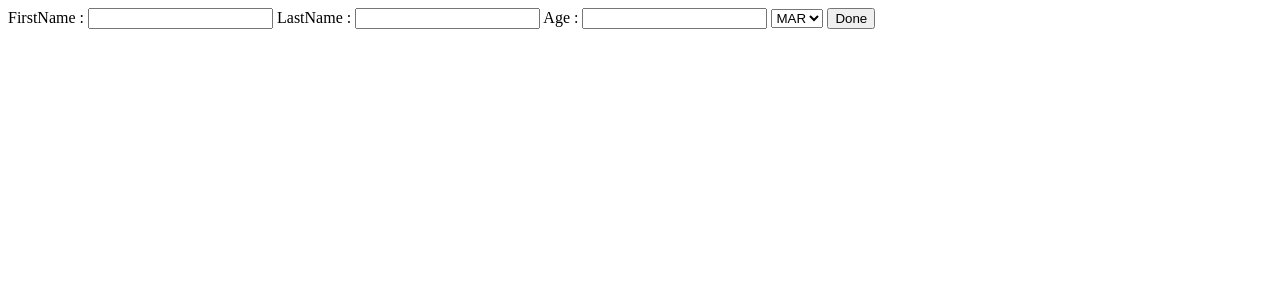
Repository: rahmi45/Spring-MVC
Page: http://localhost/Spring-MVC/studentMvcTags/accountMvcTags
An editor plug-in stored every save of this project. The page is shown before and after the next save, followed by the edit.
The browser window is 1280 px wide. The pictures show the whole page.
The page is served by Tomcat 9.

Above is the page before, as saved 2022-01-14 18:52:23.

After the next save:
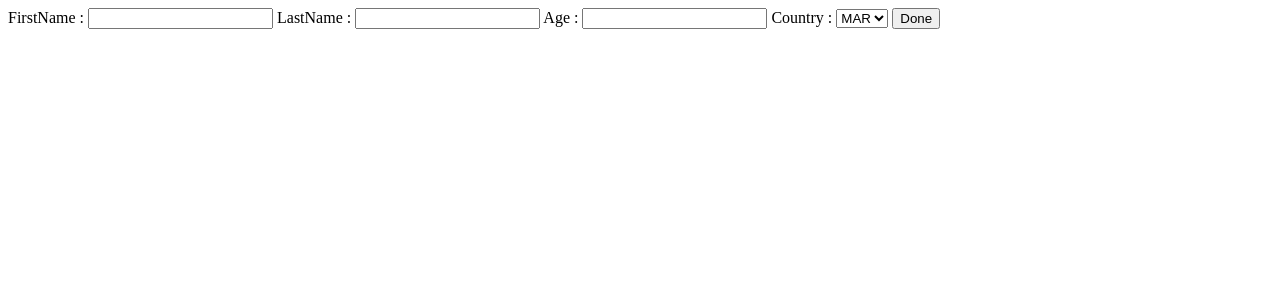
Saved 71 s later.
--- a/Spring-MVC/WebContent/WEB-INF/view/student-front-mvc-tags/studentAccount.jsp
+++ b/Spring-MVC/WebContent/WEB-INF/view/student-front-mvc-tags/studentAccount.jsp
@@ -12,6 +12,7 @@
 		FirstName : <f:input path="firstName"/>
 		LastName  : <f:input path="lastName"/>
 		Age       : <f:input path="age"/>
+		Country   :
 		<f:select path="country">
 			<f:option value="Maroc" label="MAR"/>
 			<f:option value="France" label="FRA"/>
